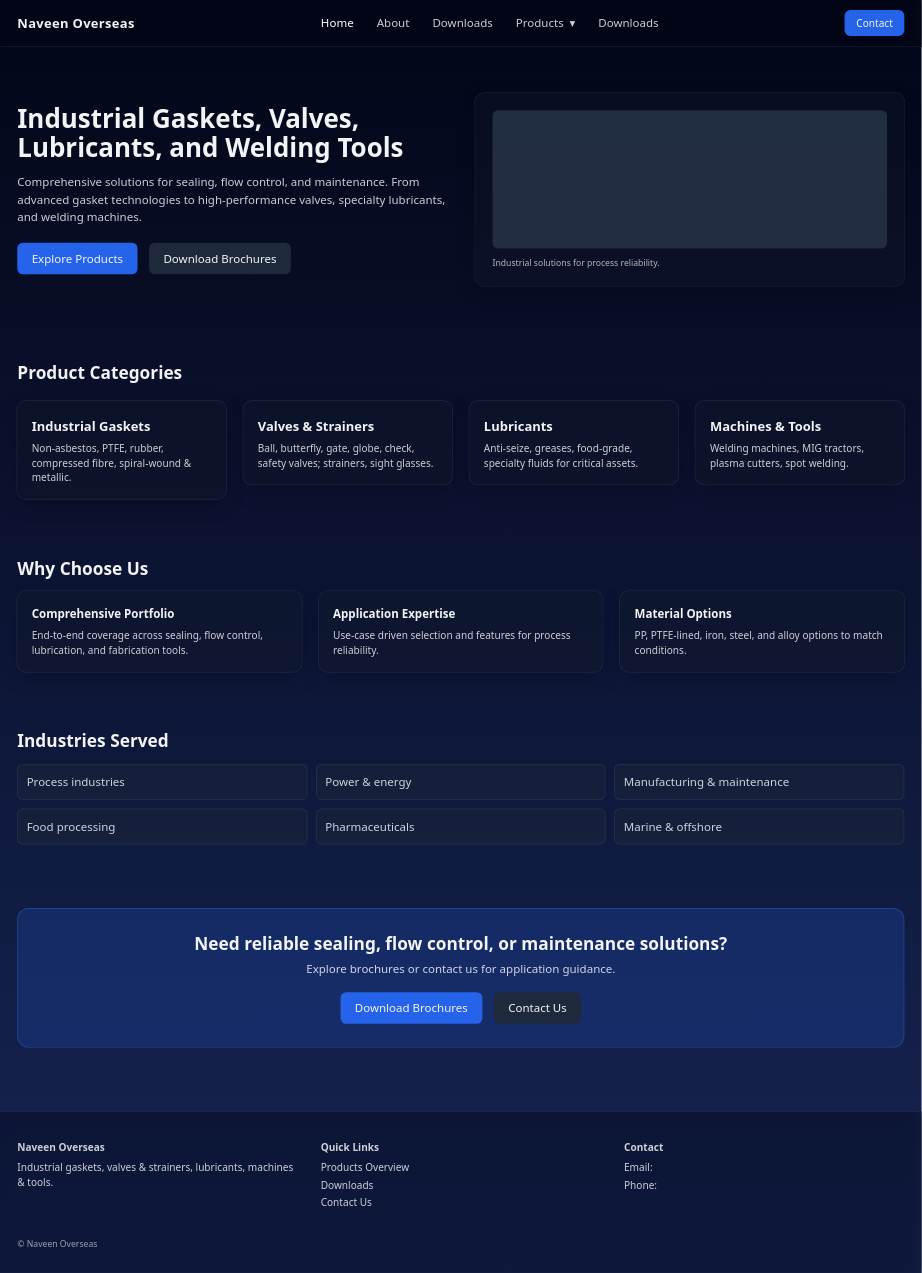
Repository: krish634-ai/overs
Page: /
These files come from the project's save history. The page is drawn as it stood at one moment and after the next save; the edit follows.
The browser window is 1280 px wide. The pictures show the whole page, at 72% of full size.
The project was rebuilt for these pictures with package versions that can differ from the ones it lists, and the page was loaded fresh each time. Also part of the build but not shown: vite.config.js, src/pages/About.jsx, src/sections/Products/Grid.jsx, src/pages/Products.jsx, src/data/gaskets.js, src/pages/Gaskets.jsx, src/data/valves.js, src/pages/Valves.jsx and 6 more.

Above is the page before, as saved 2025-11-19 14:29:00.

After the next save:
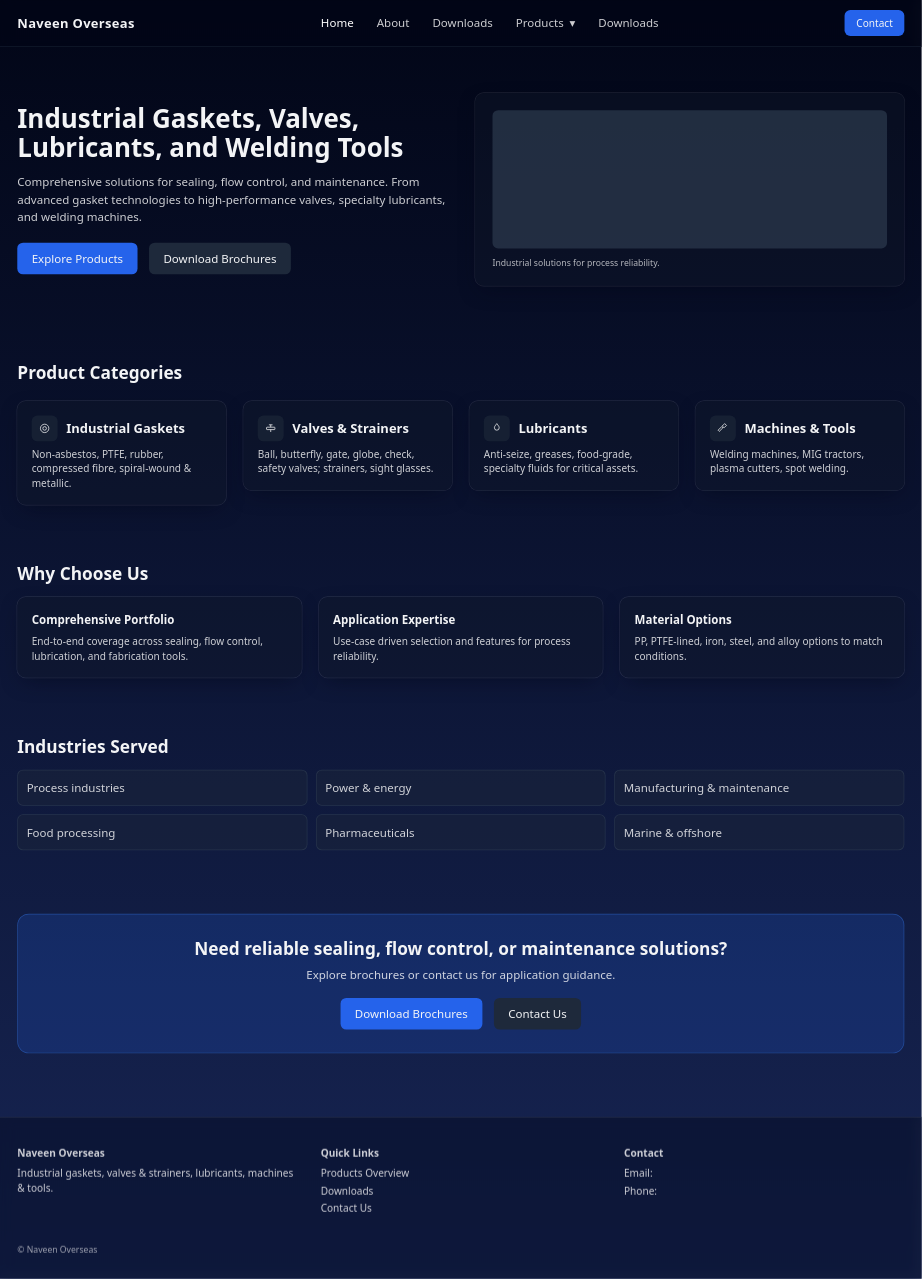
Saved 2 s later.
--- a/src/sections/Home/Categories.jsx
+++ b/src/sections/Home/Categories.jsx
@@ -1,12 +1,16 @@
 import { Link } from 'react-router-dom'
 import Card from '../../ui/Card.jsx'
+import GasketIcon from '../../ui/icons/GasketIcon.jsx'
+import ValveIcon from '../../ui/icons/ValveIcon.jsx'
+import LubricantIcon from '../../ui/icons/LubricantIcon.jsx'
+import ToolsIcon from '../../ui/icons/ToolsIcon.jsx'
 
 export default function Categories() {
   const items = [
-    { to: '/gaskets', title: 'Industrial Gaskets', text: 'Non-asbestos, PTFE, rubber, compressed fibre, spiral-wound & metallic.' },
-    { to: '/valves', title: 'Valves & Strainers', text: 'Ball, butterfly, gate, globe, check, safety valves; strainers, sight glasses.' },
-    { to: '/lubricants', title: 'Lubricants', text: 'Anti-seize, greases, food-grade, specialty fluids for critical assets.' },
-    { to: '/machines-tools', title: 'Machines & Tools', text: 'Welding machines, MIG tractors, plasma cutters, spot welding.' },
+    { to: '/gaskets', title: 'Industrial Gaskets', text: 'Non-asbestos, PTFE, rubber, compressed fibre, spiral-wound & metallic.', Icon: GasketIcon },
+    { to: '/valves', title: 'Valves & Strainers', text: 'Ball, butterfly, gate, globe, check, safety valves; strainers, sight glasses.', Icon: ValveIcon },
+    { to: '/lubricants', title: 'Lubricants', text: 'Anti-seize, greases, food-grade, specialty fluids for critical assets.', Icon: LubricantIcon },
+    { to: '/machines-tools', title: 'Machines & Tools', text: 'Welding machines, MIG tractors, plasma cutters, spot welding.', Icon: ToolsIcon },
   ]
   return (
     <section className="container mx-auto px-6 py-10">
@@ -15,7 +19,12 @@ export default function Categories() {
         {items.map((i) => (
           <Link key={i.to} to={i.to} className="block">
             <Card className="p-5 hover:bg-slate-800/60 transition">
-              <h3 className="text-lg font-semibold">{i.title}</h3>
+              <div className="flex items-center gap-3">
+                <div className="h-9 w-9 rounded-lg bg-slate-800/60 grid place-items-center text-white/80">
+                  <i.Icon className="h-5 w-5" />
+                </div>
+                <h3 className="text-lg font-semibold">{i.title}</h3>
+              </div>
               <p className="mt-2 text-sm text-white/80">{i.text}</p>
             </Card>
           </Link>
